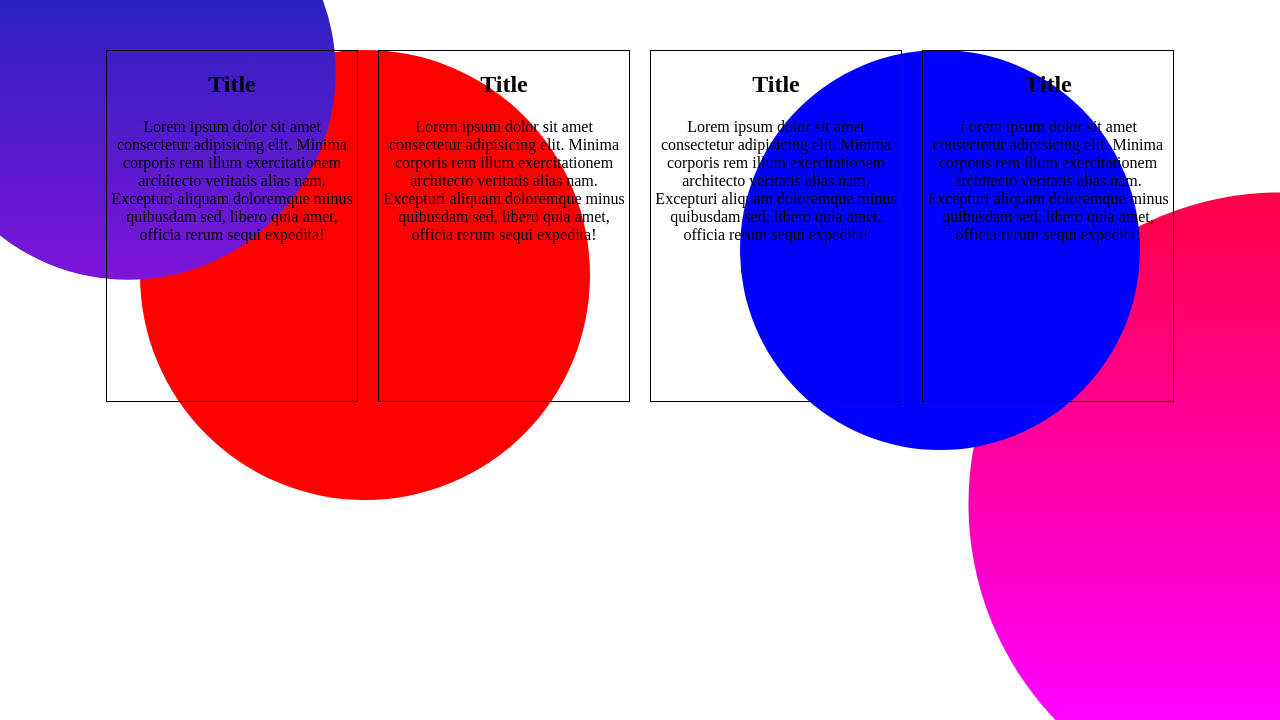
Repository: dovanluyen1996/Test-Git-PR
Page: index.html
The author's editor kept a copy of each file at every save. The page is drawn from the files as they stood at one save, then again after the next save.
The browser window is 1280 px wide. The pictures show the whole page.

Above is the page before, as saved 2021-09-06 23:46:27.

### index.html
<!DOCTYPE html>
<html lang="en">
  <head>
    <meta charset="UTF-8" />
    <meta http-equiv="X-UA-Compatible" content="IE=edge" />
    <meta name="viewport" content="width=device-width, initial-scale=1.0" />
    <title>TestVsCode</title>
    <link rel="stylesheet" href="css/style.css" />
  </head>

  <body>
    <div class="container">
      <div class="test1"></div>
      <div class="test2"></div>
    </div>
    <div class="center">
      <div class="item-center">
        <h2>Title</h2>
        <p class="text">
          Lorem ipsum dolor sit amet consectetur adipisicing elit. Minima
          corporis rem illum exercitationem architecto veritatis alias nam.
          Excepturi aliquam doloremque minus quibusdam sed, libero quia amet,
          officia rerum sequi expedita!
        </p>
      </div>
      <div class="item-center">
        <h2>Title</h2>
        <p class="text">
          Lorem ipsum dolor sit amet consectetur adipisicing elit. Minima
          corporis rem illum exercitationem architecto veritatis alias nam.
          Excepturi aliquam doloremque minus quibusdam sed, libero quia amet,
          officia rerum sequi expedita!
        </p>
      </div>
      <div class="item-center">
        <h2>Title</h2>
        <p class="text">
          Lorem ipsum dolor sit amet consectetur adipisicing elit. Minima
          corporis rem illum exercitationem architecto veritatis alias nam.
          Excepturi aliquam doloremque minus quibusdam sed, libero quia amet,
          officia rerum sequi expedita!
        </p>
      </div>
      <div class="item-center">
        <h2>Title</h2>
        <p class="text">
          Lorem ipsum dolor sit amet consectetur adipisicing elit. Minima
          corporis rem illum exercitationem architecto veritatis alias nam.
          Excepturi aliquam doloremque minus quibusdam sed, libero quia amet,
          officia rerum sequi expedita!
        </p>
      </div>
    </div>
  </body>
</html>

### css/style.css
body {
}
body::before {
  content: "";
  position: absolute;
  top: 0;
  left: 0;
  width: 100%;
  height: 100%;
  background: linear-gradient(#f00, #f0f);
  clip-path: circle(30% at right 70%);
}
body::after {
  content: "";
  position: absolute;
  top: 0;
  left: 0;
  width: 100%;
  height: 100%;
  background: linear-gradient(rgb(44, 33, 192), #f0f);
  clip-path: circle(20% at 10% 10%);
}
.container {
  width: 1000px;
  margin: 0 auto;
  position: relative;
}
.test1 {
  width: 450px;
  height: 450px;
  background-color: red;
  border-radius: 50%;
  position: absolute;
}
.test2 {
  width: 400px;
  height: 400px;
  background-color: blue;
  border-radius: 50%;
  position: absolute;
  right: 0;
}
.item-center {
  width: 250px;
  height: 350px;
  border: 1px solid black;
  text-align: center;
}
.center {
  margin-top: 50px;
  position: relative;
  z-index: 999;
  display: flex;
  column-gap: 20px;
  justify-content: center;
  align-items: center;
}

After the next save:
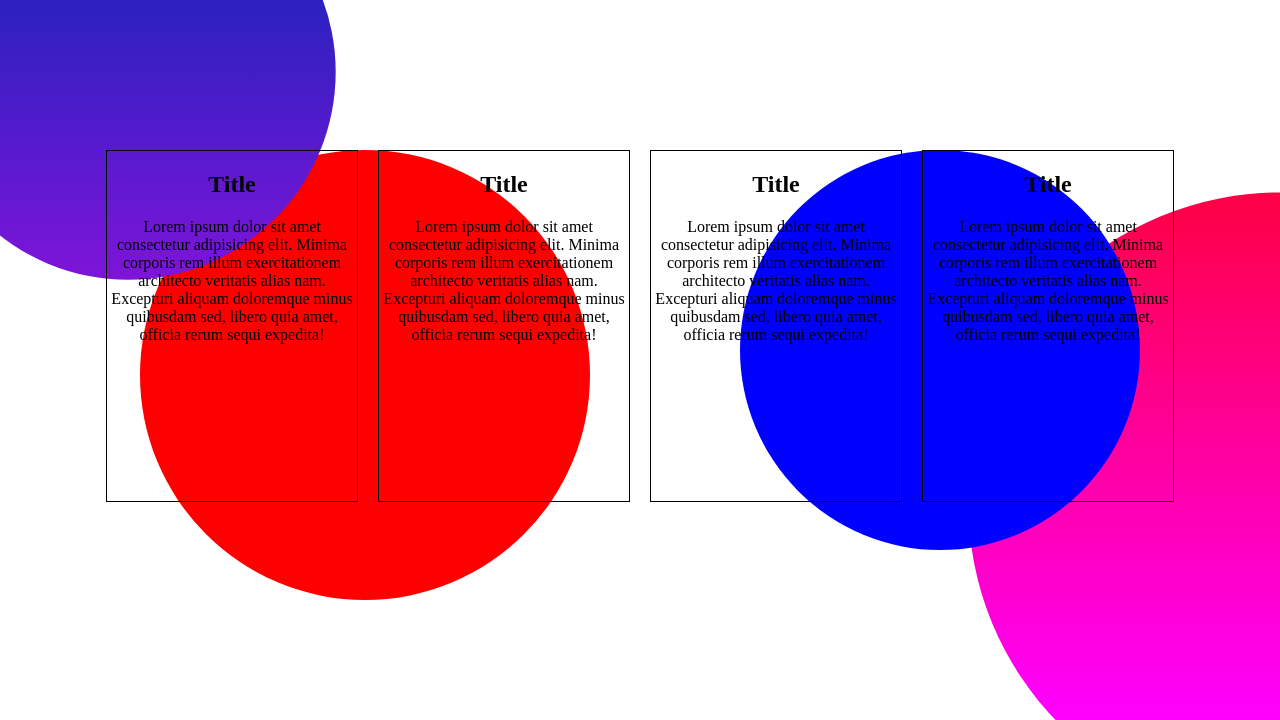
Saved 7 s later.
--- a/css/style.css
+++ b/css/style.css
@@ -47,7 +47,7 @@ body::after {
   text-align: center;
 }
 .center {
-  margin-top: 50px;
+  margin-top: 150px;
   position: relative;
   z-index: 999;
   display: flex;
